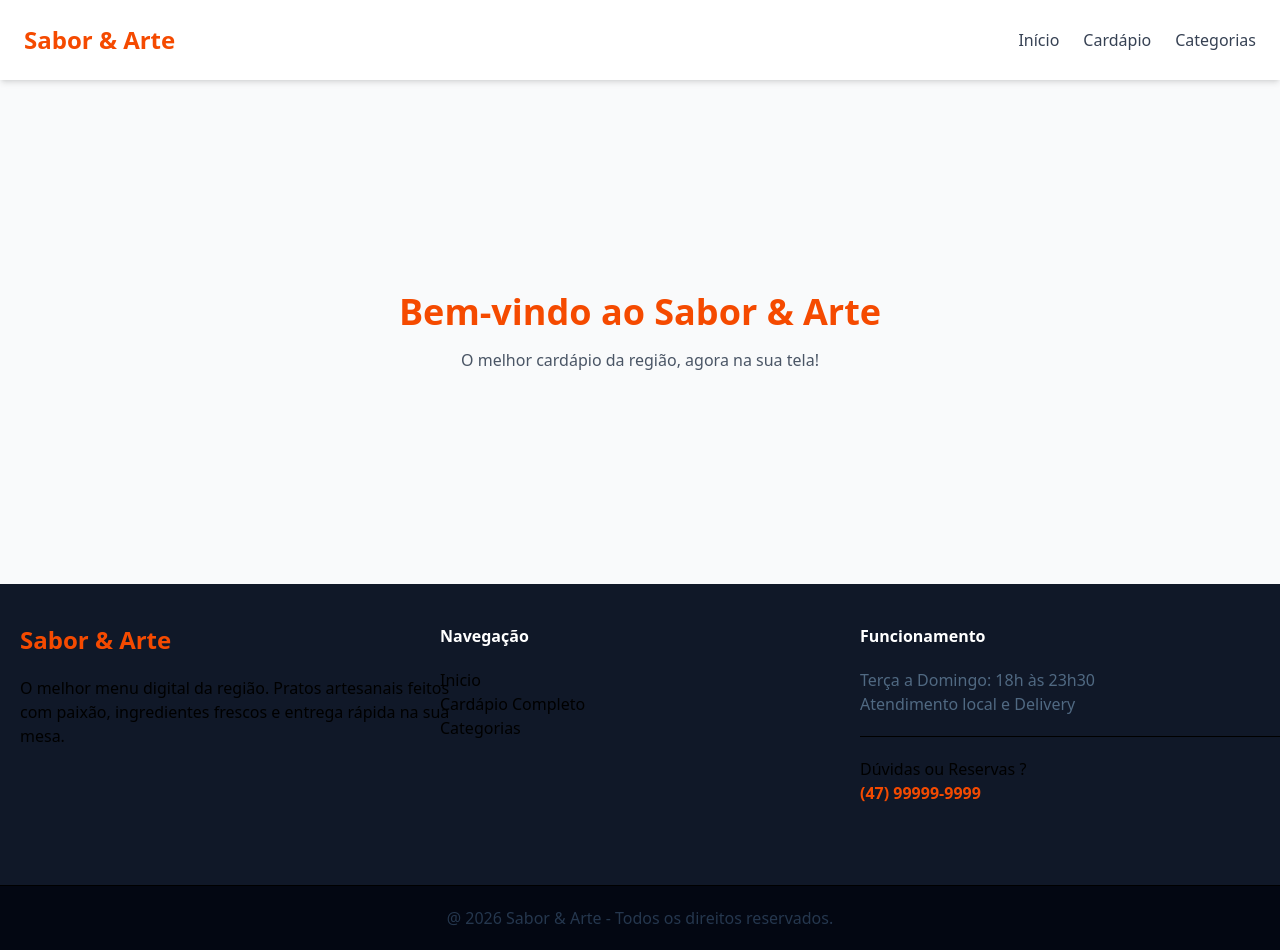
Repository: DiegoWWeege/pair-programming-next-js
Page: / (app in next-js-project/)
These files come from the project's save history. The page is drawn as it stood at one moment and after the next save; the edit follows.
The browser window is 1280 px wide. The pictures show the whole page.
The project was rebuilt for these pictures with package versions that can differ from the ones it lists, and the page was loaded fresh each time. The framework's server and built-in components were replaced by stand-ins that run in the browser. Also part of the build but not shown: next-js-project/next.config.ts.

Above is the page before, as saved 2026-09-18 18:55:57.

### next-js-project/src/app/layout.tsx
import type { Metadata } from "next";
import "./globals.css";
import {Inter, Montserrat} from "next/font/google"
import NavBar from "@/components/NavBar";
import Footer from "@/components/Footer";

const inter = Inter({subsets: ["latin"], variable : "--font-inter"});

const montserrat = Montserrat({ subsets: ["latin"], variable: "--font-montserrat"})

export const metadata: Metadata = {
  title: "Menu Digital - Restaurante",
  description: "Desenvolvido por Diego e Cherpinski",
};

export default function RootLayout({ children }: LayoutProps<"/">) {
  return (
    <html
      lang="pt-br"
    >
      <body className="bg-gray-50 antialiased">
        <NavBar></NavBar>
        {children}
        <Footer/>

      </body>
    </html>
  );
}

### next-js-project/src/app/page.tsx
import Image from "next/image";
import Footer from "../components/Footer";
import NavBar from "@/components/NavBar";

export default function Home() {
  return (
    <div>
      <main className="flex flex-col items-center justify-center min-h-[70vh]">
        <h1 className="text-4xl font-bold text-orange-600 ">Bem-vindo ao Sabor & Arte</h1>
        <p className="mt-4 text-gray-600">O melhor cardápio da região, agora na sua tela!</p>
      </main>
    </div>
  );
}

### next-js-project/src/components/NavBar.tsx
import Link from "next/link";


export default function NavBar(){

    return (
        <nav className="flex items-center justify-between p-6 bg-white shadow-md">
            <h2 className="text-2xl font-bold text-orange-600">Sabor & Arte</h2>

            <div className="flex gap-6">
                <Link href= "/" className="text-gray-700 hover:text-orange-600 font-medium">Início</Link>

                <Link href= "/cardapio" className="text-gray-700 hover:text-orange-600 font-medium">Cardápio</Link>

                <Link href= "/categorias" className="text-gray-700 hover:text-orange-600 font-medium">Categorias</Link>
            </div>

        </nav>
    );
}

### next-js-project/src/components/Footer.tsx
import Link from "next/link"

export default function Footer(){

    return(

        <footer>
           <div className="grid grid-cols-3 bg pl-5 bg-[#101828] pt-10 pb-20">
                <div>
                    <h2 className="font-bold text-orange-600 text-2xl mb-5 ">
                        Sabor & Arte
                    </h2>

                    <p className="w-110 ">
                        O melhor menu digital da região. Pratos artesanais feitos com
                        paixão, ingredientes frescos e entrega rápida na sua mesa.
                    </p>
                </div>

                <div>
                    <h3 className = "text-white font-bold mb-5">
                        Navegação
                    </h3>

                    <Link className = "block" href="/">Inicio</Link>
                    <Link className = "block" href="/cardapio">Cardápio Completo</Link>
                    <Link className = "block" href="/categorias">Categorias</Link>
                </div>

                <div>
                    <h3 className="text-white font-bold mb-5">
                        Funcionamento
                    </h3>

                    <p className="mb-5 w-60 text-[#506982]">
                        Terça a Domingo: 18h às 23h30
                        Atendimento local e Delivery
                    </p>

                    <hr />

                    <p className="mt-5">
                        Dúvidas ou Reservas ?
                    </p>

                    <strong className="text-orange-600">
                        (47) 99999-9999
                    </strong>
                </div>

           </div>

            <hr />

           <div className = "flex items-center justify-center p-5 bg-[#030712]">
                    <p className="text-[#25374E]">
                        @ 2026 Sabor & Arte - Todos os direitos reservados.
                    </p>
            </div>
        </footer>
    )

}

Loaded but not shown: next-js-project/src/app/globals.css (common file)

After the next save:
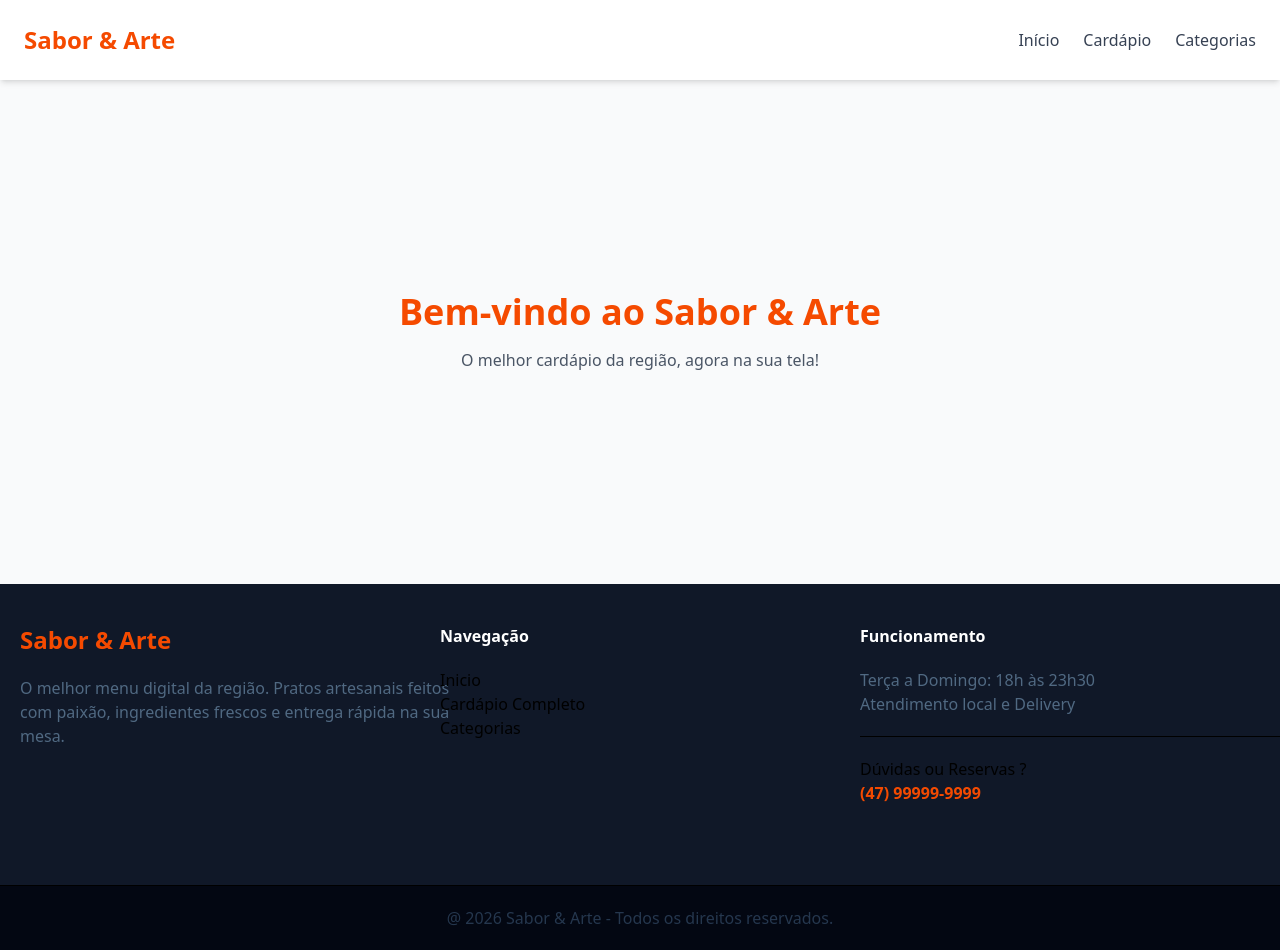
Saved 13 s later.
--- a/next-js-project/src/components/Footer.tsx
+++ b/next-js-project/src/components/Footer.tsx
@@ -11,7 +11,7 @@ export default function Footer(){
                         Sabor & Arte
                     </h2>
 
-                    <p className="w-110 ">
+                    <p className="w-110 mb-5 w-60 text-[#506982]">
                         O melhor menu digital da região. Pratos artesanais feitos com
                         paixão, ingredientes frescos e entrega rápida na sua mesa.
                     </p>
